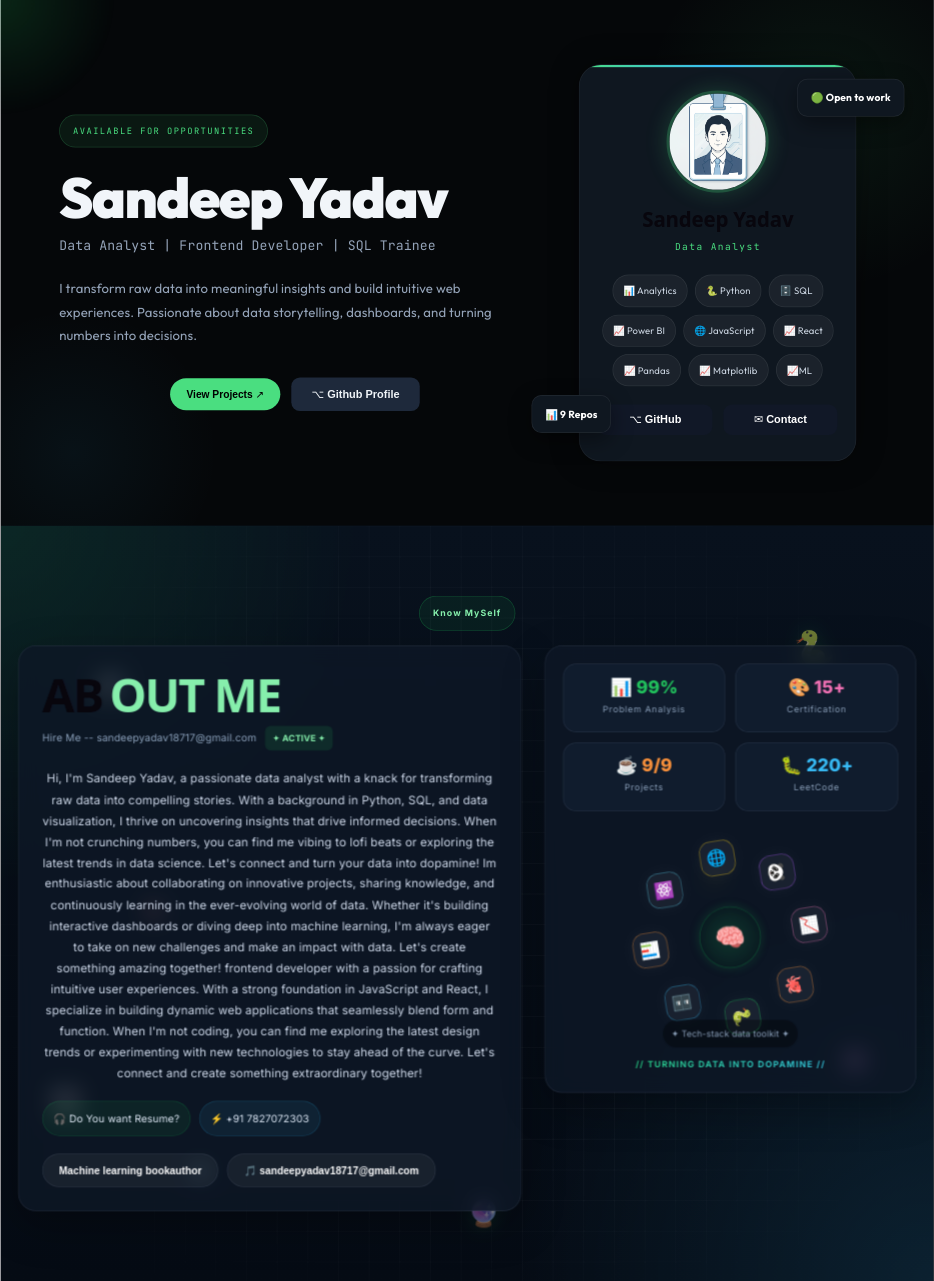
Repository: SandeepYadav18717/sandeepyadav
Page: / (app in Datanaltics_ portfolio/)
These files come from the project's save history. The page is drawn as it stood at one moment and after the next save; the edit follows.
The browser window is 1280 px wide. The pictures show the whole page, at 73% of full size.
The project was rebuilt for these pictures with package versions that can differ from the ones it lists, and the page was loaded fresh each time. Also part of the build but not shown: Datanaltics_ portfolio/vite.config.js, Datanaltics_ portfolio/src/App.css.

Above is the page before, as saved 2026-05-23 09:27:06.

### Datanaltics_ portfolio/index.html
<!doctype html>
<html lang="en">
  <head>
    <meta charset="UTF-8" />
    <link rel="icon" type="image/svg+xml" href="/favicon.svg" />
    <meta name="viewport" content="width=device-width, initial-scale=1.0" />
    <title>javascript</title>
  </head>
  <body>
    <div id="root"></div>
    <script type="module" src="/src/main.jsx"></script>
  </body>
</html>

### Datanaltics_ portfolio/src/index.css
:root {
  --text: #6b6375;
  --text-h: #08060d;
  --bg: #fff;
  --border: #e5e4e7;
  --code-bg: #f4f3ec;
  --accent: #aa3bff;
  --accent-bg: rgba(170, 59, 255, 0.1);
  --accent-border: rgba(170, 59, 255, 0.5);
  --social-bg: rgba(244, 243, 236, 0.5);
  --shadow:
    rgba(0, 0, 0, 0.1) 0 10px 15px -3px, rgba(0, 0, 0, 0.05) 0 4px 6px -2px;

  --sans: system-ui, 'Segoe UI', Roboto, sans-serif;
  --heading: system-ui, 'Segoe UI', Roboto, sans-serif;
  --mono: ui-monospace, Consolas, monospace;

  font: 18px/145% var(--sans);
  letter-spacing: 0.18px;
  color-scheme: light dark;
  color: var(--text);
  background: var(--bg);
  font-synthesis: none;
  text-rendering: optimizeLegibility;
  -webkit-font-smoothing: antialiased;
  -moz-osx-font-smoothing: grayscale;

  @media (max-width: 1024px) {
    font-size: 16px;
  }
}

@media (prefers-color-scheme: dark) {
  :root {
    --text: #9ca3af;
    --text-h: #f3f4f6;
    --bg: #16171d;
    --border: #2e303a;
    --code-bg: #1f2028;
    --accent: #c084fc;
    --accent-bg: rgba(192, 132, 252, 0.15);
    --accent-border: rgba(192, 132, 252, 0.5);
    --social-bg: rgba(47, 48, 58, 0.5);
    --shadow:
      rgba(0, 0, 0, 0.4) 0 10px 15px -3px, rgba(0, 0, 0, 0.25) 0 4px 6px -2px;
  }

  #social .button-icon {
    filter: invert(1) brightness(2);
  }
}

body {
  margin: 0;
}

#root {
  width: 1126px;
  max-width: 100%;
  margin: 0 auto;
  text-align: center;
  border-inline: 1px solid var(--border);
  min-height: 100svh;
  display: flex;
  flex-direction: column;
  box-sizing: border-box;
}

h1,
h2 {
  font-family: var(--heading);
  font-weight: 500;
  color: var(--text-h);
}

h1 {
  font-size: 56px;
  letter-spacing: -1.68px;
  margin: 32px 0;
  @media (max-width: 1024px) {
    font-size: 36px;
    margin: 20px 0;
  }
}
h2 {
  font-size: 24px;
  line-height: 118%;
  letter-spacing: -0.24px;
  margin: 0 0 8px;
  @media (max-width: 1024px) {
    font-size: 20px;
  }
}
p {
  margin: 0;
}

code,
.counter {
  font-family: var(--mono);
  display: inline-flex;
  border-radius: 4px;
  color: var(--text-h);
}

code {
  font-size: 15px;
  line-height: 135%;
  padding: 4px 8px;
  background: var(--code-bg);
}

### Datanaltics_ portfolio/src/App.jsx
import { useState } from 'react'

// import heroImg from './assets/hero.png'
import './App.css'
import Button from './Components/button'
import Main_Page from './pages/Main.jsx'
import About from './pages/About.jsx'
function App() {
  const [count, setCount] = useState(0)

  return (
    <>
    <Main_Page />
    <About />
     </>
  )}
export default App

### Datanaltics_ portfolio/src/Components/button.jsx
function Button({id, text, onClick }) {
  return (
    <button id={id}onClick={onClick} className="btn">
      {text}
    </button>
  );
}
export default Button;

### Datanaltics_ portfolio/src/pages/Main.jsx
import Button from "../Components/button";
import "../Css/Main.css";
import photo from "../assets/image.png";

function Main_Page() {
  return (
    <div className="main-page">
      {/* LEFT SECTION */}
      <div className="left-section">
        <div id="Heading_1">Available for opportunities</div>

        <div id="Name">Sandeep Yadav</div>

        <div id="Heading_2">
          Data Analyst | Frontend Developer | SQL Trainee
        </div>

        <p id="Description">
          I transform raw data into meaningful insights and build intuitive web
          experiences. Passionate about data storytelling, dashboards, and
          turning numbers into decisions.
        </p>

        <Button
          text="View Projects ↗"
          onClick={() => window.open("https://github.com/SandeepYadav18717")}
        />
        <Button
          id="Github"
          text="⌥ Github Profile"
          onClick={() => window.open("https://github.com/SandeepYadav18717")}
        />
      </div>
      {/* RIGHT SECTION */}
      <div className="profile-wrapper">
        <div className="floating-badge badge-top">🟢 Open to work</div>

        {/* FLOATING BADGE 2 */}
        <div className="floating-badge badge-bottom">📊 9 Repos</div>

        {/* PROFILE CARD */}
        <div className="profile-card">
          {/* PROFILE IMAGE */}
          <img src={photo} alt="Profile" id="Photo" />

          {/* NAME */}
          <h2 className="profile-name">Sandeep Yadav</h2>

          {/* ROLE */}
          <p className="profile-role"></p>

          {/* SKILLS */}
          <div className="skill-tags">
            <span>📊 Analytics</span>

            <span>🐍 Python</span>

            <span>🗄️ SQL</span>

            <span>📈 Power BI</span>

            <span>🌐 JavaScript</span>
            <span>📈 React</span>
            <span>📈 Pandas</span>
            <span>📈 Matplotlib</span>
            <span>📈ML </span>
          </div>

          {/* BUTTONS */}
          <div className="profile-buttons">
            {/* GITHUB */}
            <button
              className="github-btn"
              onClick={() =>
                window.open("https://github.com/SandeepYadav18717")
              }
            >
              ⌥ GitHub
            </button>

            {/* CONTACT */}
            <button
              className="contact-btn"
              onClick={() => window.open("https://www.linkedin.com/in/sandeep-yadav-0b6357210/")}
            >
              ✉ Contact
            </button>
          </div>
        </div>
      </div>
    </div>
  );
}

export default Main_Page;

### Datanaltics_ portfolio/src/pages/About.jsx
import React, { useEffect, useState } from "react";
import "../Css/About.css";
const stats = [
  { label: "Problem Analysis", value: "📊 99%", color: "green" },
  { label: "Certification", value: "🎨 15+", color: "pink" },
  { label: "Projects", value: "☕ 9/9", color: "orange" },
  { label: "LeetCode", value: "🐛 220+", color: "blue" }
];

const techStack = [
  { name: "Python", icon: "🐍", color: "green" },
  { name: "SQL", icon: "🗄️", color: "blue" },
  { name: "Power BI", icon: "📊", color: "orange" },
  { name: "React", icon: "⚛️", color: "cyan" },
  { name: "JS/TS", icon: "🌐", color: "yellow" },
  { name: "Pandas", icon: "🐼", color: "purple" },
  { name: "Tableau", icon: "📈", color: "pink" },
  { name: "Git", icon: "🐙", color: "orange" }
];

const quotes = [
  "✨ turning chaos into insights ✨",
  "📈 data storyteller by heart 📈",
  "🎯 99.9% accuracy or bust 🎯",
  "🌀 live. laugh. analyze. 🌀",
  "🤖 python > everything 🤖"
];

const floatingElements = [
  { icon: "📊", left: "10%", top: "20%", delay: "0s", size: "2rem" },
  { icon: "🐍", left: "85%", top: "15%", delay: "0.5s", size: "2.5rem" },
  { icon: "⚛️", left: "90%", top: "70%", delay: "1s", size: "1.8rem" },
  { icon: "📈", left: "5%", top: "75%", delay: "0.3s", size: "2.2rem" },
  { icon: "🔮", left: "50%", top: "90%", delay: "0.8s", size: "2rem" },
  { icon: "💎", left: "20%", top: "85%", delay: "1.2s", size: "1.5rem" },
  { icon: "⚡", left: "75%", top: "45%", delay: "0.2s", size: "1.8rem" },
  { icon: "🎯", left: "15%", top: "50%", delay: "0.7s", size: "1.6rem" }
];

const About = () => {
  const [currentQuote, setCurrentQuote] = useState(0);
  const [glow, setGlow] = useState({ x: 0, y: 0 });

  useEffect(() => {
    const quoteInterval = setInterval(() => {
      setCurrentQuote((prev) => (prev + 1) % quotes.length);
    }, 3000);

    const handleMouseMove = (e) => {
      setGlow({ x: e.clientX, y: e.clientY });
    };

    window.addEventListener("mousemove", handleMouseMove);

    return () => {
      clearInterval(quoteInterval);
      window.removeEventListener("mousemove", handleMouseMove);
    };
  }, []);

  return (
    <section className="about-section">
      <div
        className="cursor-glow"
        style={{
          left: `${glow.x}px`,
          top: `${glow.y}px`
        }}
      />

      <div className="grid-bg" />

      {floatingElements.map((el, idx) => (
        <div
          key={idx}
          className="floating-icon"
          style={{
            left: el.left,
            top: el.top,
            fontSize: el.size,
            animationDelay: el.delay
          }}
        >
          {el.icon}
        </div>
      ))}

      <div className="about-container">
        <div className="badge-wrapper">
          <div className="section-badge">
           Know MySelf
          </div>
        </div>

        <div className="about-grid">
          <div className="about-card">
            <div className="name-block">
              <h2 className="name-title">
                <span className="glitch-text">AB</span>
                <span className="glitch-text accent">OUT ME</span>
              </h2>

              <div className="terminal-line">
                <span>Hire Me -- sandeepyadav18717@gmail.com</span>
                <span className="status-badge">✦ ACTIVE ✦</span>
              </div>
            </div>



            <p className="about-bio">
                Hi, I'm Sandeep Yadav, a passionate data analyst with a knack for transforming raw data into compelling stories. With a background in Python, SQL, and data visualization, I thrive on uncovering insights that drive informed decisions. When I'm not crunching numbers, you can find me vibing to lofi beats or exploring the latest trends in data science. Let's connect and turn your data into dopamine! Im enthusiastic about collaborating on innovative projects, sharing knowledge, and continuously learning in the ever-evolving world of data. Whether it's building interactive dashboards or diving deep into machine learning, I'm always eager to take on new challenges and make an impact with data. Let's create something amazing together! frontend developer with a passion for crafting intuitive user experiences. With a strong foundation in JavaScript and React, I specialize in building dynamic web applications that seamlessly blend form and function. When I'm not coding, you can find me exploring the latest design trends or experimenting with new technologies to stay ahead of the curve. Let's connect and create something extraordinary together!

            </p>

            <div className="highlights">
              <div className="highlight green">🎧 Do You want Resume?</div>
              <div className="highlight blue">⚡ +91 7827072303</div>
            </div>

            <div className="about-actions">
                           <button className="btn btn-secondary">Machine learning bookauthor</button>

              <button className="btn btn-secondary">🎵 sandeepyadav18717@gmail.com</button>
            </div>
          </div>

          <div className="about-side">
            <div className="stats-grid">
              {stats.map((stat, idx) => (
                <div key={idx} className={`stat-card ${stat.color}`}>
                  <div className="stat-value">{stat.value}</div>
                  <div className="stat-label">{stat.label}</div>
                </div>
              ))}
            </div>

            <div className="tech-orbit-container">
              <div className="tech-orbit">
                {techStack.map((tech, idx) => {
                  const angle = (idx / techStack.length) * 360;
                  const rad = (angle * Math.PI) / 180;
                  const radius = 110;
                  const x = Math.cos(rad) * radius;
                  const y = Math.sin(rad) * radius;

                  return (
                    <div
                      key={idx}
                      className={`tech-orb ${tech.color}`}
                      style={{
                        left: `calc(50% + ${x}px - 24px)`,
                        top: `calc(50% + ${y}px - 24px)`
                      }}
                      title={tech.name}
                    >
                      <span role="img" aria-label={tech.name}>
                        {tech.icon}
                      </span>
                    </div>
                  );
                })}
              </div>

              <div className="tech-core">🧠</div>
              <div className="tech-caption">✦ Tech-stack data toolkit ✦</div>
            </div>

            <div className="holo-line">// TURNING DATA INTO DOPAMINE //</div>
          </div>
        </div>


      </div>
    </section>
  );
};

export default About;

### Datanaltics_ portfolio/src/Css/Main.css
/* GOOGLE FONT */
@import url("https://fonts.googleapis.com/css2?family=Outfit:wght@300;400;500;700;900&family=JetBrains+Mono:wght@400;700&display=swap");

* {
    margin: 0;
    padding: 0;
    box-sizing: border-box;
}

html,
body,
#root {
    width: 100%;
    min-height: 100vh;
    overflow-x: hidden;
    background: #050709;
    color: #f1f5f9;
    font-family: "Outfit", sans-serif;
}

.main-page {
    min-height: 100vh;
    width: 100%;
    display: grid;
    grid-template-columns: 1.2fr 0.8fr;
    align-items: center;
    gap: 40px;
    padding: 80px;
    position: relative;
    overflow: hidden;
    background: #050709;
}

.main-page::before {
    content: "";
    position: absolute;
    width: 500px;
    height: 500px;
    top: -100px;
    right: -100px;
    border-radius: 50%;
    background: radial-gradient(circle,
            rgba(74, 222, 128, 0.08),
            transparent 70%);
    z-index: 0;
    pointer-events: none;
}

.main-page::after {
    content: "";
    position: absolute;
    width: 400px;
    height: 400px;
    bottom: -100px;
    left: -100px;
    border-radius: 50%;
    background: radial-gradient(circle,
            rgba(56, 189, 248, 0.06),
            transparent 70%);
    z-index: 0;
    pointer-events: none;
}

.main-page * {
    position: relative;
    z-index: 1;
}

.content-left {
    display: flex;
    flex-direction: column;
    justify-content: center;
    align-items: flex-start;
    text-align: left;
}

#Heading_1 {
    width: fit-content;
    background: rgba(74, 222, 128, 0.08);
    border: 1px solid rgba(74, 222, 128, 0.2);
    color: #4ade80;
    padding: 8px 18px;
    border-radius: 50px;
    font-size: 12px;
    font-family: "JetBrains Mono", monospace;
    letter-spacing: 2px;
    text-transform: uppercase;
    margin-bottom: 30px;
}

#Name {
    font-size: clamp(45px, 6vw, 90px);
    font-weight: 900;
    line-height: 1;
    letter-spacing: -2px;
    margin-bottom: 15px;
    word-break: break-word;
    text-align: left;
}

#Heading_2 {
    color: #94a3b8;
    font-size: 18px;
    font-family: "JetBrains Mono", monospace;
    margin-bottom: 30px;
    text-align: left;
}

#Description {
    max-width: 650px;
    color: #94a3b8;
    font-size: 18px;
    line-height: 1.8;
    margin-bottom: 40px;
    text-align: left;
}

.photo-container {
    display: flex;
    justify-content: center;
    align-items: center;
    width: 100%;
}

#Photo {
    width: 100%;
    max-width: 400px;
    height: auto;
    margin-left: 0%;
    aspect-ratio: 1/1;
    border-radius: 30px;
    object-fit: cover;
    box-shadow: 0 0 40px rgba(74, 222, 128, 0.2);
}

button {
    width: fit-content;
    background: #4ade80;
    color: black;
    border: none;
    border-radius: 12px;
    padding: 14px 28px;
    font-size: 15px;
    font-weight: 700;
    cursor: pointer;
    transition: 0.3s;
    margin-left: 0px;
}

button:hover {
    background: #86efac;
    transform: translateY(-3px);
    box-shadow: 0 10px 30px rgba(74, 222, 128, 0.3);
}

#Github {
    background: #1e293b;

    color: #f1f5f9;

    border: none;

    padding: 14px 28px;

    border-radius: 12px;
    font-size: 15px;

    font-weight: 700;

    cursor: pointer;

    transition: 0.3s;

    margin-left: 15px;
}

#Github:hover {
    background: #334155;

    transform: translateY(-3px);

    box-shadow: 0 10px 30px rgba(74, 222, 128, 0.2);
}

@media (max-width: 1024px) {
    .main-page {
        grid-template-columns: 1fr;
        gap: 40px;
        padding: 60px 40px;
    }

    .photo-container {
        justify-content: flex-start;
    }

    #Photo {
        max-width: 320px;
    }
}

@media (max-width: 768px) {
    .main-page {
        padding: 40px 20px;
    }

    #Name {
        font-size: 42px;
        letter-spacing: -1px;
    }

    #Heading_2 {
        font-size: 15px;
    }

    #Description {
        font-size: 16px;
    }

    button {
        width: 100%;
    }

    #Photo {
        max-width: 280px;
    }
}

/* WRAPPER */
.profile-wrapper {

    position: relative;

    display: flex;

    justify-content: center;

    align-items: center;
}

/* FLOATING BADGES */
.floating-badge {

    position: absolute;

    background: #0f1720;

    border: 1px solid rgba(255, 255, 255, 0.08);

    color: white;

    padding: 12px 18px;

    border-radius: 14px;

    font-size: 14px;

    font-weight: 600;

    box-shadow:
        0 10px 30px rgba(0, 0, 0, 0.4);

    z-index: 10;

    animation: float 3s ease-in-out infinite;
}

/* TOP BADGE */
.badge-top {

    top: 20px;

    right: -40px;
}

/* BOTTOM BADGE */
.badge-bottom {

    bottom: 30px;

    left: -40px;

    animation-delay: 1s;
}

/* FLOAT ANIMATION */
@keyframes float {

    0% {
        transform: translateY(0px);
    }

    50% {
        transform: translateY(-10px);
    }

    100% {
        transform: translateY(0px);
    }
}

/* PROFILE CARD */
.profile-card {

    width: 100%;

    max-width: 380px;

    background: #0f1720;

    border: 1px solid rgba(255, 255, 255, 0.06);

    border-radius: 30px;

    padding: 35px 25px;

    display: flex;

    flex-direction: column;

    align-items: center;

    justify-content: center;

    position: relative;

    overflow: hidden;

    box-shadow:
        0 0 40px rgba(0, 0, 0, 0.4);
}

/* TOP LINE */
.profile-card::before {

    content: "";

    position: absolute;

    top: 0;
    left: 0;

    width: 100%;
    height: 3px;

    background:
        linear-gradient(90deg,
            #4ade80,
            #38bdf8,
            #4ade80);
}

/* IMAGE */
#Photo {

    width: 140px;
    height: 140px;

    border-radius: 50%;

    object-fit: cover;

    border: 4px solid rgba(74, 222, 128, 0.3);

    margin-bottom: 20px;

    box-shadow:
        0 0 30px rgba(74, 222, 128, 0.2);
}

/* NAME */
.profile-name {

    font-size: 28px;

    font-weight: 800;

    margin-bottom: 8px;

}

/* ROLE */
.profile-role {

    color: #4ade80;

    font-size: 13px;

    font-family: 'JetBrains Mono', monospace;

    letter-spacing: 2px;

    margin-bottom: 25px;
}

.profile-role::after {
    content: "Data Analyst";

    animation: roles 6s infinite;

    color: #4ade80;
}

@keyframes roles {

    0% {
        content: "Machine learning";
    }

    33% {
        content: "Frontend Developer";
    }

    66% {
        content: "SQL Trainee";
    }

    100% {
        content: "Data Analyst";
    }
}

/* TAGS */
.skill-tags {

    display: flex;

    flex-wrap: wrap;

    justify-content: center;

    gap: 10px;

    margin-bottom: 25px;
}

/* SINGLE TAG */
.skill-tags span {

    background: rgba(255, 255, 255, 0.05);

    border: 1px solid rgba(255, 255, 255, 0.08);

    padding: 8px 14px;

    border-radius: 50px;

    font-size: 13px;

    color: #cbd5e1;
}

/* BUTTONS */
.profile-buttons {

    width: 100%;

    display: flex;

    gap: 15px;
}

/* GITHUB */
.github-btn {

    flex: 1;

    background: #111827;

    color: white;

    border: none;

    padding: 12px;

    border-radius: 12px;

    font-weight: 700;

    cursor: pointer;

    transition: 0.3s;
}

.github-btn:hover {

    background: #1f2937;

    transform: translateY(-3px);
}

/* CONTACT */
.contact-btn {

    flex: 1;

    background: #111827;

    color: white;

    border: none;

    padding: 12px;

    border-radius: 12px;

    font-weight: 700;

    cursor: pointer;

    transition: 0.3s;
}

.contact-btn:hover {

    background: #1f2937;

    transform: translateY(-3px);
}

/* MOBILE FIX */
@media(max-width:768px) {

    .profile-wrapper {

        margin-top: 30px;
    }

    .badge-top {

        top: -10px;

        right: 0;
    }

    .badge-bottom {

        bottom: -10px;

        left: 0;
    }

    .profile-card {

        max-width: 320px;
    }

    .profile-buttons {

        flex-direction: column;
    }
}

Loaded but not shown: Datanaltics_ portfolio/src/main.jsx (common file); Datanaltics_ portfolio/src/Css/About.css (467 lines, source omitted)

After the next save:
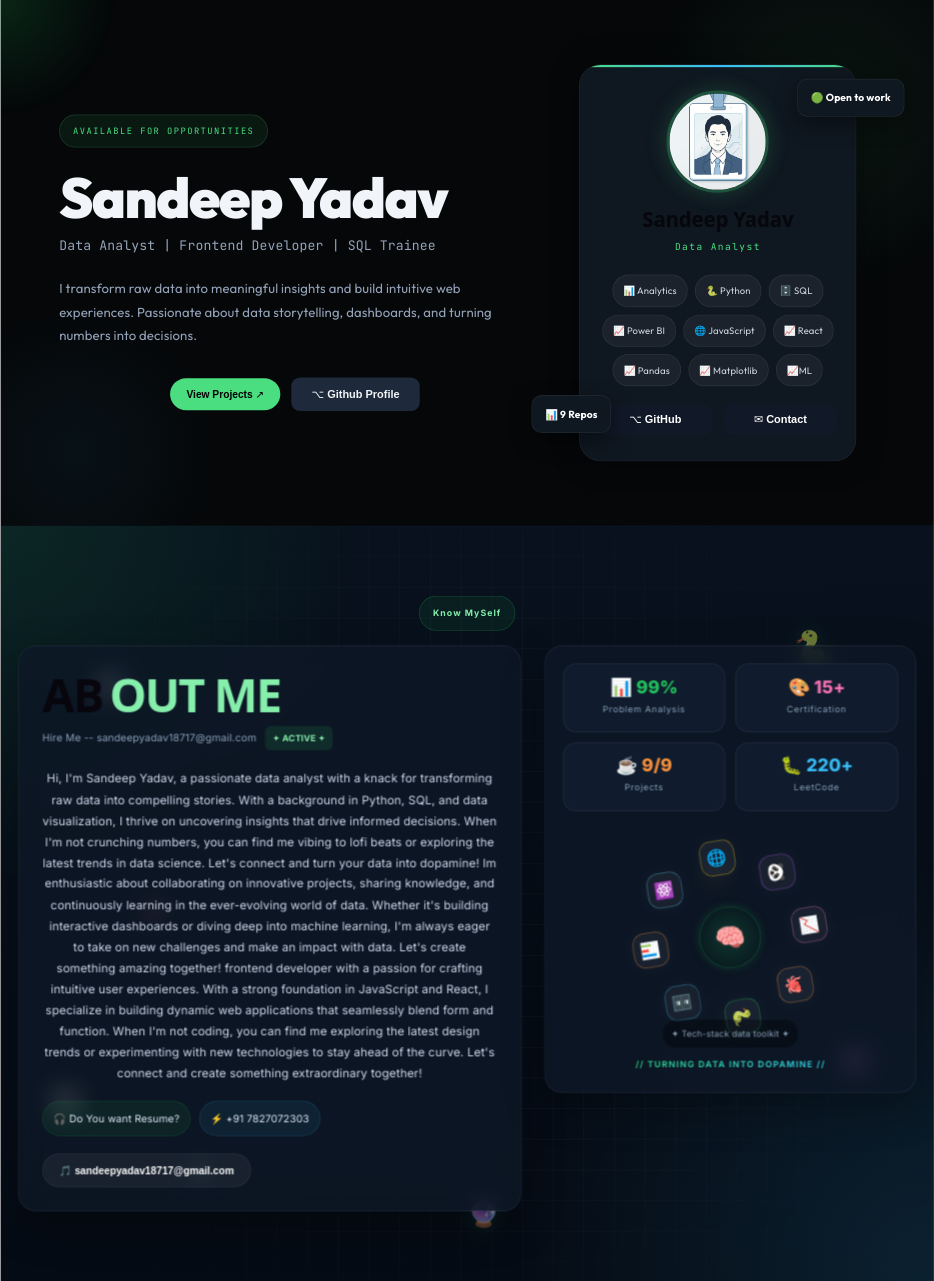
Saved 18 s later.
--- a/Datanaltics_ portfolio/src/pages/About.jsx
+++ b/Datanaltics_ portfolio/src/pages/About.jsx
@@ -119,7 +119,6 @@ const About = () => {
             </div>
 
             <div className="about-actions">
-                           <button className="btn btn-secondary">Machine learning bookauthor</button>
 
               <button className="btn btn-secondary">🎵 sandeepyadav18717@gmail.com</button>
             </div>
